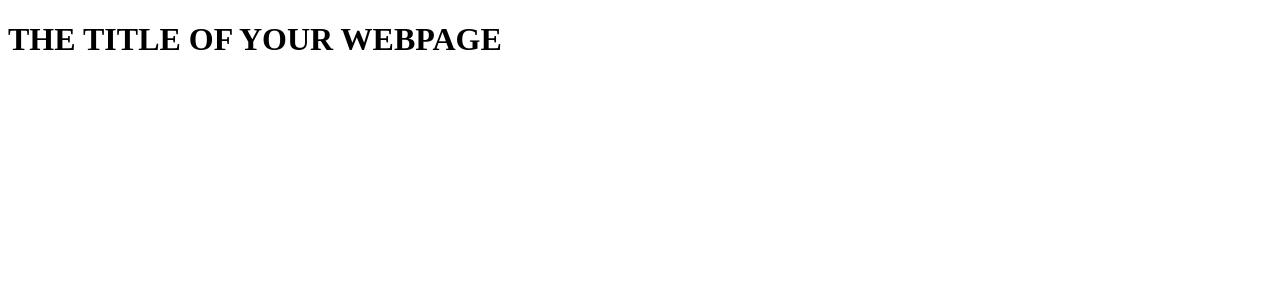
Repository: jnguyen113/DOM-Manipulation
Page: index.html
These files come from the project's save history. The page is drawn as it stood at one moment and after a run of saves; the edit follows.
The browser window is 1280 px wide. The pictures show the whole page.

Above is the page before, as saved 2020-06-11 18:19:08.
Console error: SyntaxError: Invalid or unexpected token

After the next 2 saves:
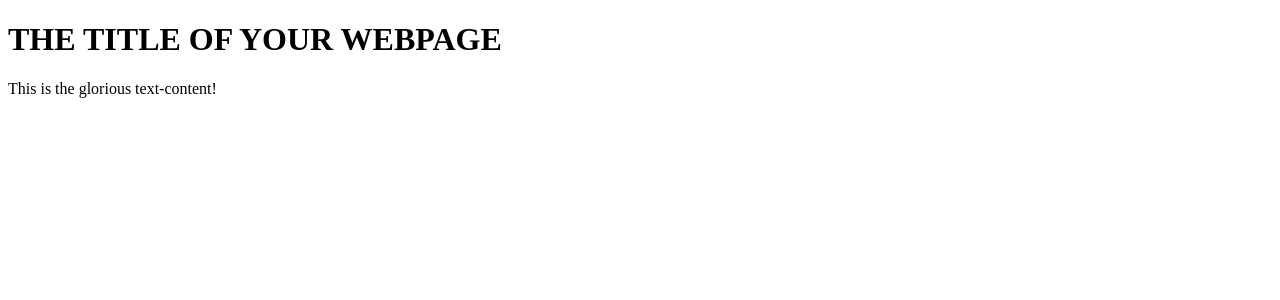
Console error: ReferenceError: va is not defined
The 2 saves are shown as one change because they came seconds apart.
The last was saved 13 s later.
--- a/main.js
+++ b/main.js
@@ -8,3 +8,6 @@ container.appendChild(content);//append that div to container
 /*
 <div id = "div1>
     <p id="p1"> This is paragraph.</p>
+</div>
+*/
+va

After the 2 saves that followed:
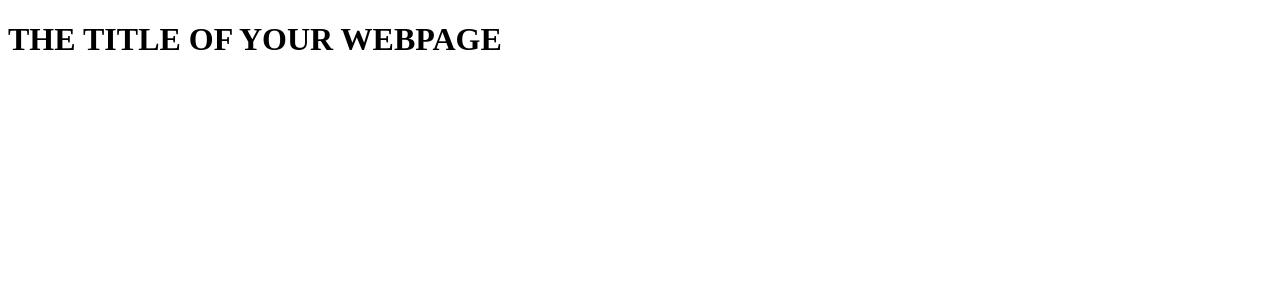
Console error: SyntaxError: Unexpected identifier 'para'
The 2 saves are shown as one change because they came seconds apart.
The last was saved 8 s later.
--- a/main.js
+++ b/main.js
@@ -10,4 +10,4 @@ container.appendChild(content);//append that div to container
     <p id="p1"> This is paragraph.</p>
 </div>
 */
-va
+vara para = document.createElement
